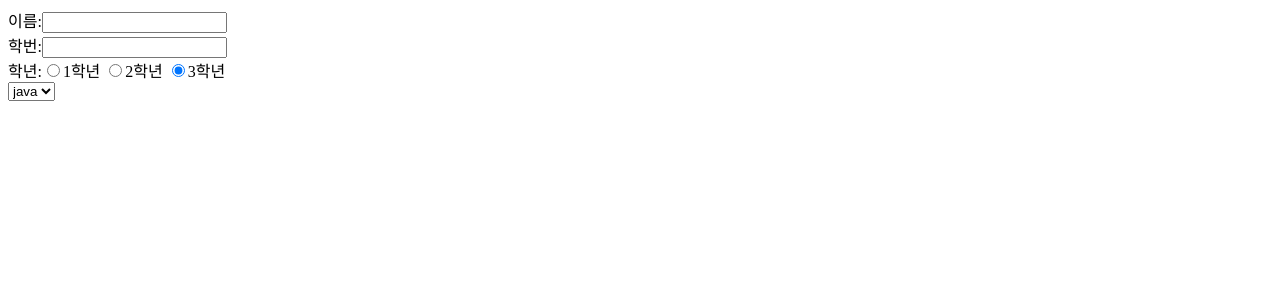
Repository: binkalos/JSP-STUDY
Page: http://localhost/chapter7/requestTestForm.jsp
The author's editor kept a copy of each file at every save. The page is drawn from the files as they stood at one save, then again after the next save.
The browser window is 1280 px wide. The pictures show the whole page.
The page is served by Tomcat 9.

Above is the page before, as saved 2019-06-14 01:48:35.

After the next save:
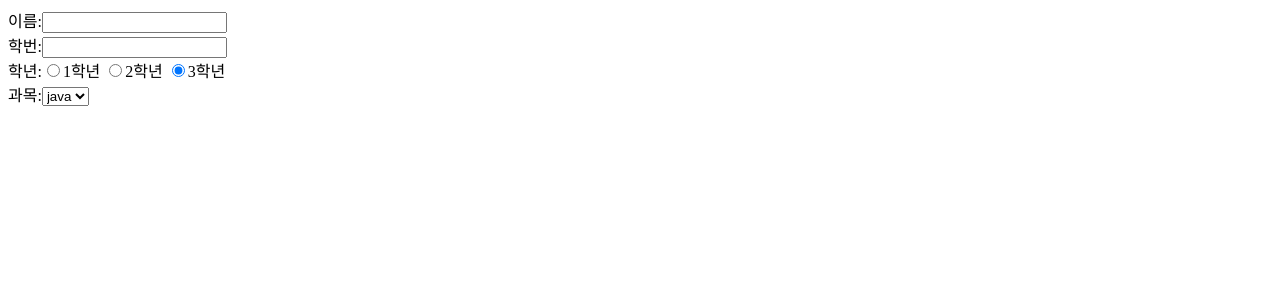
Saved 16 s later.
--- a/chapter7/WebContent/requestTestForm.jsp
+++ b/chapter7/WebContent/requestTestForm.jsp
@@ -15,9 +15,11 @@
 			<input type="radio" name="gender" value="3" checked="checked">3학년
 		<br>
 
-		<select name="subject">
-			<option value="java">java</option>
-		</select>
+		과목:<select name="subject">
+				<option value="java">java</option>
+				<option value="java">java</option>
+				<option value="java">java</option>
+			</select>
 
 	</form>
 </body>
